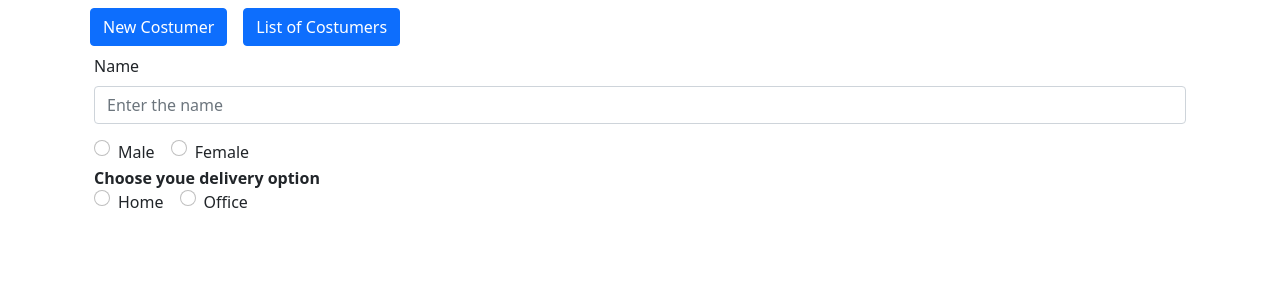
Repository: Sanjayjangra88/combo_app
Page: /, after clicking the first element matching `button.btn`
An editor plug-in stored every save of this project. The page is shown before and after the next save, followed by the edit.
The browser window is 1280 px wide. The pictures show the whole page.
Some web libraries are served in a nearby version. The project was rebuilt for these pictures with package versions that can differ from the ones it lists, and the page was loaded fresh each time. Also part of the build but not shown: src/App.js.

Above is the page before, as saved 2022-06-04 13:00:43.

### public/index.html
<!DOCTYPE html>
<html lang="en">
  <head>
    <meta charset "UTF-8" />
    <link rel="icon" href="%PUBLIC_URL%/favicon.ico" />
    <meta name="viewport" content="width=device-width, initial-scale=1" />
    <meta name="theme-color" content="#000000" />
    <meta
      name="description"
      content="Web site created using create-react-app"
    />
    <link rel="apple-touch-icon" href="%PUBLIC_URL%/logo192.png" />
    <!--
      manifest.json provides metadata used when your web app is installed on a
      user's mobile device or desktop. See https://developers.google.com/web/fundamentals/web-app-manifest/
    -->
    <link rel="manifest" href="%PUBLIC_URL%/manifest.json" />
    <link href="https://cdn.jsdelivr.net/npm/bootstrap@5.0.2/dist/css/bootstrap.min.css" rel="stylesheet" integrity="sha384-EVSTQN3/azprG1Anm3QDgpJLIm9Nao0Yz1ztcQTwFspd3yD65VohhpuuCOmLASjC" crossorigin="anonymous">
    <!--
      Notice the use of %PUBLIC_URL% in the tags above.
      It will be replaced with the URL of the `public` folder during the build.
      Only files inside the `public` folder can be referenced from the HTML.

      Unlike "/favicon.ico" or "favicon.ico", "%PUBLIC_URL%/favicon.ico" will
      work correctly both with client-side routing and a non-root public URL.
      Learn how to configure a non-root public URL by running `npm run build`.
    -->
    <!-- Bootstrap CSS -->
    <link rel="stylesheet" href="https://cdn.jsdelivr.net/npm/bootstrap@4.0.0/dist/css/bootstrap.min.css" integrity="sha384-Gn5384xqQ1aoWXA+058RXPxPg6fy4IWvTNh0E263XmFcJlSAwiGgFAW/dAiS6JXm" crossorigin="anonymous">

    <title>React App</title>
  </head>
  <body>
    <noscript>You need to enable JavaScript to run this app.</noscript>
    <div id="root"></div>
    <script src="https://kit.fontawesome.com/9e06ebf41f.js" crossorigin="anonymous"></script>
    <!--
      This HTML file is a template.
      If you open it directly in the browser, you will see an empty page.

      You can add webfonts, meta tags, or analytics to this file.
      The build step will place the bundled scripts into the <body> tag.

      To begin the development, run `npm start` or `yarn start`.
      To create a production bundle, use `npm run build` or `yarn build`.
    -->
    <script src="https://code.jquery.com/jquery-3.2.1.slim.min.js" integrity="sha384-KJ3o2DKtIkvYIK3UENzmM7KCkRr/rE9/Qpg6aAZGJwFDMVNA/GpGFF93hXpG5KkN" crossorigin="anonymous"></script>
    <script src="https://cdn.jsdelivr.net/npm/popper.js@1.12.9/dist/umd/popper.min.js" integrity="sha384-ApNbgh9B+Y1QKtv3Rn7W3mgPxhU9K/ScQsAP7hUibX39j7fakFPskvXusvfa0b4Q" crossorigin="anonymous"></script>
    <script src="https://cdn.jsdelivr.net/npm/bootstrap@4.0.0/dist/js/bootstrap.min.js" integrity="sha384-JZR6Spejh4U02d8jOt6vLEHfe/JQGiRRSQQxSfFWpi1MquVdAyjUar5+76PVCmYl" crossorigin="anonymous"></script>
  </body>
</html>

### src/index.js
import React from 'react';
import ReactDOM from 'react-dom';
import './index.css';
import App from './App';
import reportWebVitals from './reportWebVitals';
import 'bootstrap/dist/css/bootstrap.min.css';

import DropDown6 from './Components/dropDown6';

ReactDOM.render(
  <React.StrictMode>
    <DropDown6/>
  </React.StrictMode>,
  document.getElementById('root')
);

// If you want to start measuring performance in your app, pass a function
// to log results (for example: reportWebVitals(console.log))
// or send to an analytics endpoint. Learn more: https://bit.ly/CRA-vitals
reportWebVitals();

### src/Components/dropDown6.jsx
import React, { Component } from 'react'
import DpForm from './dpForm'

export class dropDown extends Component {
  state={
    costumers:[],
    optionArry:{
      delivery:["Home","Office","Pickup"],

  },
      optionSell:{
          delivery:"",


      },
    view:0
  }
  add=()=>{
    console.log("hy")
    let s1={...this.state};
    s1.view=2;
    this.setState(s1);
  }
  show=()=>{
    let s1={...this.state};
    s1.view=1;
    this.setState(s1);

    console.log("hy")
  }
  render() {
    const{costumers,view,optionArry,optionSell}=this.state;
    return (
      <div className='container'>
        <button className='btn btn-primary m-2'onClick={this.add}>New Costumer</button>
        <button className='btn btn-primary m-2'onClick={this.show}>List of Costumers</button><br/>
        {view==1 ?(
        costumers.length<=0?"There are no Costumers":costumers.map((ele)=><ul><li>{ele}</li></ul>))
  :view==2?
  <DpForm costumers={{}}optionSell={optionSell}optionArry={optionArry}/>
  :""}
      </div>
    )
  }
}

export default dropDown

### src/App.css
*{
  margin: 0;
  padding: 0;
}
.slidebar{
  position: absolute;
  background-color: rgb(168, 165, 165);
  height: 100vh;
  width: 30vh;
  margin-right: 5px;
  transition: transform 0.3s ease-in;


}
.slidebar  li a{
  text-decoration: none;
  color:white;
}
.slidebar  li{
  list-style: none;
  font-size: 20px;
  padding: 13px 0;
  color:white;
}
.box{
  margin-left: 32vh;
}
div.d-flex.justify-content-between{
  margin-left: 30vh;
}

.th1{
  background-color: black;
  color: white;
  border: 1px solid black;
  text-align: center;
  padding-left: 15px;
  padding-right: 15px;
}
.col1 {
  border: 1px solid black;
  text-align: center;
  padding-left: 15px;
  padding-right: 15px;
}

### src/Components/dpForm.jsx
import React, { Component } from 'react'

export class dpForm extends Component {
    state={
        costumers:this.props.costumers,

    }
    handelChange=(e)=>{
        const {currentTarget:input}=e;
        let s1={...this.state};
        s1.costumers[input.name]=input.value;

        this.setState(s1);
    }
  render() {
      const{name,gender,del}=this.state.costumers;
      const{optionArry,optionSell}=this.props;
    return (
      <div className='container'>
           <div className="form-group">
                    <label>Name</label>
                    <input type="text"className="form-control"name="name"id="name"value={name} placeholder='Enter the name'onChange={this.handelChange} />
                </div>
                <div className="form-check form-check-inline">
                    <input
                    className="form-check-input"
                    type="radio"
                    name="gender"
                    value="Male"
                    checked={gender==="Male"}
                    onChange={this.handelChange}/>
                    <label className="form-check-label">Male</label>
                </div>
                <div className="form-check form-check-inline">
                    <input
                    className="form-check-input"
                    type="radio"
                    name="gender"
                    value="Female"
                    checked={gender==="Female"}
                    onChange={this.handelChange}/>
                    <label className="form-check-label">Female</label>
                </div><br/>
                <label className="form-check-label font-weight-bold">Choose youe delivery option</label><br/>
                <div className="form-check form-check-inline">
                    <input
                    className="form-check-input"
                    type="radio"
                    name="del"
                    value="Home"
                    checked={del==="Home"}
                    onChange={this.handelChange}/>
                    <label className="form-check-label">Home</label>
                </div>
                <div className="form-check form-check-inline">
                    <input
                    className="form-check-input"
                    type="radio"
                    name="del"
                    value="Office"
                    checked={del==="Office"}
                    onChange={this.handelChange}/>
                    <label className="form-check-label">Office</label>
                </div>

      </div>
    )
  }

}

export default dpForm

Loaded but not shown: src/index.css (common file); src/reportWebVitals.js (common file)

After the next save:
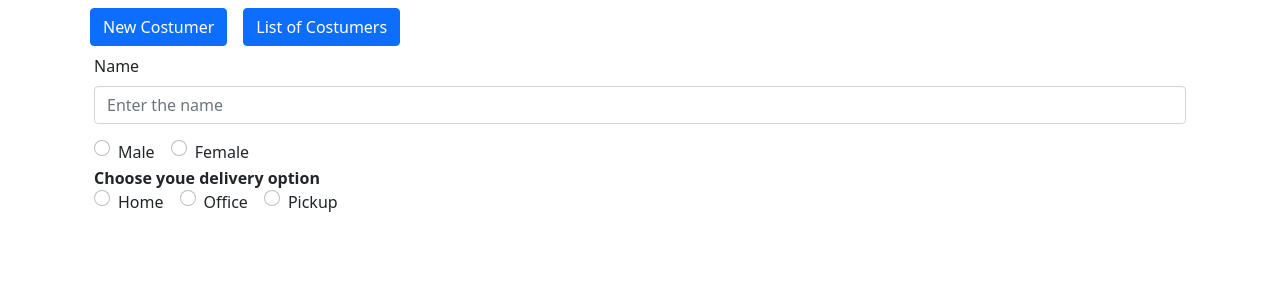
Saved 93 s later.
--- a/src/Components/dpForm.jsx
+++ b/src/Components/dpForm.jsx
@@ -62,6 +62,16 @@ export class dpForm extends Component {
                     onChange={this.handelChange}/>
                     <label className="form-check-label">Office</label>
                 </div>
+                <div className="form-check form-check-inline">
+                    <input
+                    className="form-check-input"
+                    type="radio"
+                    name="del"
+                    value="pickup"
+                    checked={del==="pickup"}
+                    onChange={this.handelChange}/>
+                    <label className="form-check-label">Pickup</label>
+                </div>
 
       </div>
     )
